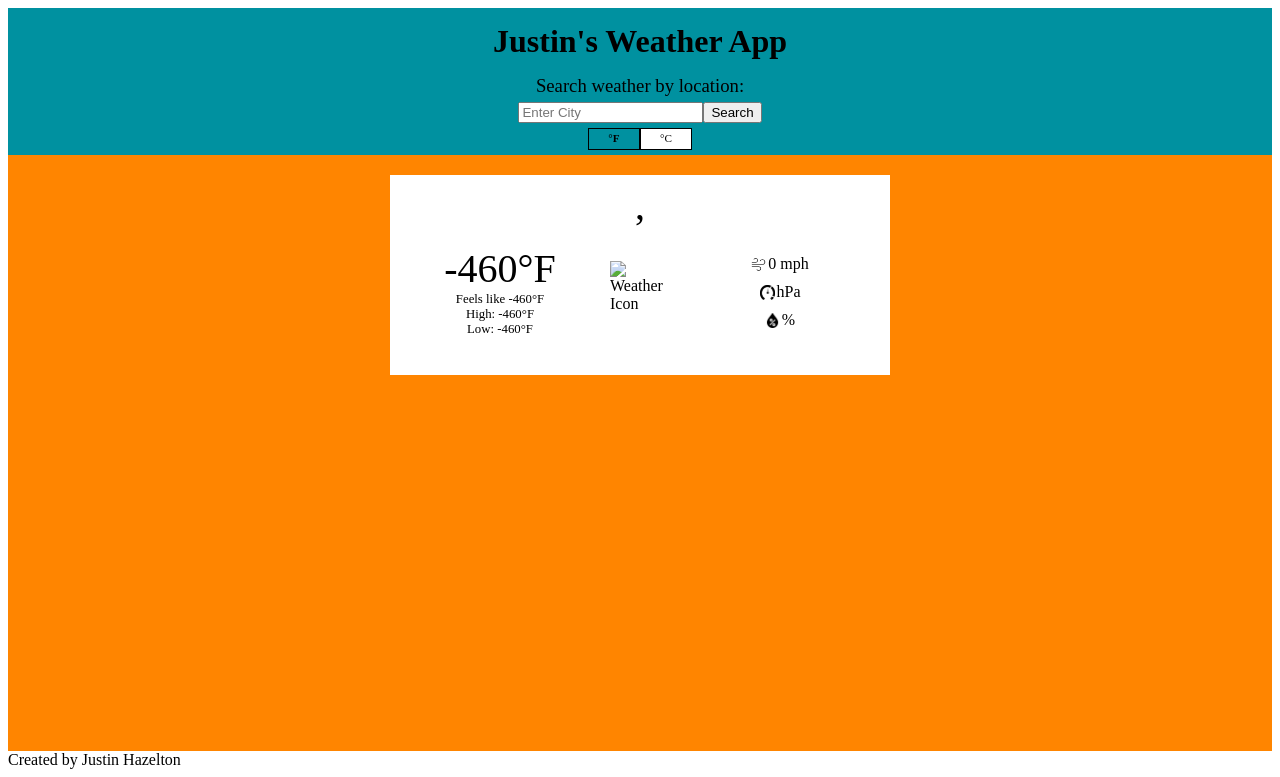
Repository: J-Haze/Weather
Page: /
These files come from the project's save history. The page is drawn as it stood at one moment and after the next save; the edit follows.
The browser window is 1280 px wide. The pictures show the whole page.
The project was rebuilt for these pictures with package versions that can differ from the ones it lists, and the page was loaded fresh each time. Also part of the build but not shown: src/index.css.

Above is the page before, as saved 2020-09-07 10:14:39.

### public/index.html
<!DOCTYPE html>
<html lang="en">
  <head>
    <meta charset="utf-8" />
    <link rel="icon" href="%PUBLIC_URL%/favicon.ico" />
    <meta name="viewport" content="width=device-width, initial-scale=1" />
    <meta name="theme-color" content="#000000" />
    <meta
      name="description"
      content="Web site created using create-react-app"
    />
    <link rel="apple-touch-icon" href="%PUBLIC_URL%/logo192.png" />
    <!--
      manifest.json provides metadata used when your web app is installed on a
      user's mobile device or desktop. See https://developers.google.com/web/fundamentals/web-app-manifest/
    -->
    <link rel="manifest" href="%PUBLIC_URL%/manifest.json" />
    <!--
      Notice the use of %PUBLIC_URL% in the tags above.
      It will be replaced with the URL of the `public` folder during the build.
      Only files inside the `public` folder can be referenced from the HTML.

      Unlike "/favicon.ico" or "favicon.ico", "%PUBLIC_URL%/favicon.ico" will
      work correctly both with client-side routing and a non-root public URL.
      Learn how to configure a non-root public URL by running `npm run build`.
    -->
    <title>Weather App ⛅</title>
  </head>
  <body>
    <noscript>You need to enable JavaScript to run this app.</noscript>
    <div id="root"></div>
    <!--
      This HTML file is a template.
      If you open it directly in the browser, you will see an empty page.

      You can add webfonts, meta tags, or analytics to this file.
      The build step will place the bundled scripts into the <body> tag.

      To begin the development, run `npm start` or `yarn start`.
      To create a production bundle, use `npm run build` or `yarn build`.
    -->
  </body>
</html>

### src/App.js
import React from "react";
import "./App.css";
import Weather from "./components/Weather"


// import Results from "./components/Results"

function App() {
  return (
    <div className="App" >
      <Weather />
    </div >
  )

}

export default App;

### src/App.css
:root{
    --light-blue: rgb(0,145,160);
    --orange: rgb(255, 133, 0);
    --dark-blue: rgb(0, 39, 96);
}

/* div {
    border: solid black 1px;
} */

/* #root{
        width: 100%;
        height: 100%;
        bottom: 0px;
}

#app{
        width: 100%;
        height: 100%;
        bottom: 0px;
} */

header{
    background-color: var(--light-blue);
    display: flex;
    flex-direction: column;
    margin-left: auto;
    margin-right: auto;
    justify-content: center;
}

#title{
    display: flex;
    margin-left: auto;
    margin-right: auto;
    justify-content: center;
    /* align-items: center; */
    font-size: 2em;
    margin-top: 15px;
    margin-bottom: 15px;
    font-weight: bold;

    border: none;
}

#subtitle{
    display: flex;
    justify-content: center;
     align-items: center;
     margin-top: none;
     margin-bottom: 5px;;
    font-size: 1.17em;

    border: none;
}

#form{
    display: flex;
    margin-bottom: 5px;
}

#search-box{
    display: flex;
        margin-left: auto;
    justify-content: center;
     align-items: center;

}

#search-button{
    margin-right: auto;

      position: relative;
  /* width: 30px; */
  /* height: 30px;
  line-height: 30px; */
  color: black;
  /* flex-shrink: 0; */
  cursor: pointer;
}

.toggle{
    display: flex;
    justify-content: center;
     align-items: center;
     margin-bottom: 5px;
}

.toggleBtn{
    display: flex;
    width:50px;
    height: 20px;
    margin: 0px;
    font-size: .7em;
    justify-content: center;
    align-items: center;
    line-height: 100%;
    border: solid black 1px;
    background-color: white;
}

.selected{
    background-color: var(--light-blue);
    /* border: 1.5px solid black; */
    font-weight: bold;
}

.toggleBtn:hover{
    cursor: pointer;
}


#results-section{
    background-color: var(--orange);
    width: 100%;
    margin-top: 0px;
    height: 100%;
    min-height: 80vh;
    padding-top: 20px;
}



.results-card{
    background-color: white;
    width: 500px;
    height: 200px;
    margin-bottom: 20px;
    margin-left: auto;
    margin-right: auto;
}

.location{
    display: flex;
    margin-left: auto;
    margin-right: auto;
    justify-content: center;
     align-items: center;
     height: 60px;
     font-size: 2.5em;
}

.row{
    display: flex;
    margin-top: 10px;
}

.temp-container{
    margin-left: auto;
    width: 100px;
}

.weather-container{
    display: flex;
    flex-direction: column;
    margin-left: 40px;
    margin-right: 40px;
    width: 100px;
}

.other-container{
    margin-right: auto;
    width: 100px;
}

.temp-main{
    display: flex;
    font-size: 2.5em;
    justify-content: center;
    align-items: center;
}

.temp{
        display: flex;
    font-size: .8em;
    justify-content: center;
    align-items: center;
}

.mid{
    display: flex;
    justify-content: center;
    align-items: center;
}

.weather{
    margin-top: 0px;
    margin-bottom: auto;
    font-weight: bold;
    font-size: 1.2em;
}

.icon{
    height: 60px;
    width: 60px;
    margin-top: auto;
    margin-bottom: auto;
}

.description{
    margin-top: auto;
    margin-bottom: 0px;
}

.windy{
    height: 15px;
    width: 15px;
    margin-right: 2px;
}

.other{
    display: flex;
    justify-content: center;
    align-items: center;
    margin-top: 10px;
    margin-bottom: auto;
}

### src/components/Weather.js
import React from 'react';
// import getWeather from "./getWeather";
import { useState, useEffect } from 'react';
import "../App.css";
// import { getIconClass, makeDate } from '../Helpers';
import '../../node_modules/font-awesome/css/font-awesome.min.css';


//Weather Icons
import sun from '../assets/icons/01n.png';
import cloud from '../assets/icons/02n.png';
import scatteredCloud from '../assets/icons/03n.png';
import brokenCloud from '../assets/icons/04n.png';
import rain from '../assets/icons/09n.png';
import heavyRain from '../assets/icons/10n.png';
import thunderstorm from '../assets/icons/11n.png';
import snow from '../assets/icons/13n.png';
import mist from '../assets/icons/50n.png';
import windy from '../assets/icons/wind.png';
import pressIcon from '../assets/icons/pressure.png';
import humidIcon from '../assets/icons/humidity.png';


const Weather = () => {

    let [error, setError] = useState(false);
    let [loading, setLoading] = useState(false);
    let [errorMessage, setErrorMessage] = useState("");

    let [location, setLocation] = useState("");
    const [data, setData] = useState(null);
    const [url, setUrl] = useState("")

    const [city, setCity] = useState("");
    const [country, setCountry] = useState("");
    const [weather, setWeather] = useState("");
    const [description, setDescription] = useState("");
    const [icon, setIcon] = useState("");
    const [pressure, setPressure] = useState("");
    const [humidity, setHumidity] = useState("");
    const [wind, setWind] = useState("");

    const [temp, setTemp] = useState("");
    const [max, setMax] = useState("");
    const [min, setMin] = useState("");
    const [feel, setFeel] = useState("");

    const [unit, setUnit] = useState("imperial")

    // const [searched, setSearched] = useState("false")

    //to keep API hidden:
    //const API_KEY = process.env.REACT_APP_API_KEY;
    const API_KEY = process.env.REACT_APP_API_KEY;
    let urlInput = "";

    const handleChange = (event) => {
        event.preventDefault();
        setLocation(event.target.value);
        console.log("event.target.value:", event.target.value)
    };

    const handleSubmit = (event) => {
        event.preventDefault();
        urlInput = `https://api.openweathermap.org/data/2.5/weather?q=${location}&units=&appid=${API_KEY}`
        setUrl(urlInput)
    };

    const handleF = (event) => {
        event.preventDefault();
        if (unit === "metric") {
            console.log("F clicked")
            setUnit("imperial")
            console.log(unit)
        }

    }

    const handleC = (event) => {
        event.preventDefault();
        if (unit === "imperial") {
            console.log("C clicked")
            setUnit("metric")
            console.log(unit)
        }

    }

    useEffect(() => {
        if (!url) return;
        console.log("url8:", url)
        const fetchWeather = async () => {
            setLoading(true);
            setError(false);
            try {
                const response = await fetch(url);
                const data = await response.json();
                console.log()
                if (data.cod !== 200) throw new Error(`${data.cod}: ${data.message}`);
                setData(data);
                setCity(data.name);
                setCountry(data.sys.country)
                setWeather(data.weather[0].main);
                setDescription(data.weather[0].description);
                setIcon(data.weather[0].icon)
                setPressure(data.main.pressure);
                setHumidity(data.main.humidity);
                setWind(data.wind.speed);
                setTemp(data.main.temp);
                setMax(data.main['temp_max']);
                setMin(data.main['temp_min']);
                setFeel(data.main['feels_like']);
            } catch (error) {
                setError(true);
                setErrorMessage(error.message);
                console.log(error);
            }
        };
        setLoading(false);
        fetchWeather();
    },
        [url]
    );

    const weatherIcons = {
        '01n': sun,
        '02n': cloud,
        '03n': scatteredCloud,
        '04n': brokenCloud,
        '09n': rain,
        '10n': heavyRain,
        '11n': thunderstorm,
        '13n': snow,
        '50n': mist,
        '200': windy,
        '300': pressIcon,
        '400': humidIcon,
        '01d': sun,
        '02d': cloud,
        '03d': scatteredCloud,
        '04d': brokenCloud,
        '09d': rain,
        '10d': heavyRain,
        '11d': thunderstorm,
        '13d': snow,
        '50d': mist,
    };

    // console.log(Math.round(295.28))

    function toCelsius(kelvin) {
        return Math.round((kelvin - 273.15));
    }

    function toFahrenheit(kelvin) {
        return Math.round(((kelvin * 9 / 5) - 459.67));
    }

    function toMPH(mps) {
        return Math.round((mps * 2.236936));
    }


    console.log(error, loading, errorMessage, data)

    return (
        <div id="app">
            <header id="header">
                <div id="title" >Justin's Weather App</div>
                <div id="subtitle"> Search weather by location:</div>
                <form onSubmit={handleSubmit} id="form">
                    <input
                        type="text"
                        name="location"
                        placeholder="Enter City"
                        maxLength="50"
                        value={location || ""}
                        onChange={handleChange}
                        id="search-box"
                    />
                    <button type="submit" id="search-button">
                        <i className="fas fa-search-location"></i>
                        Search
                    </button>
                </form>
                <div className="toggle">
                    <div className={(unit === "imperial") ? "toggleBtn imperial selected" : "toggleBtn imperial"} onClick={handleF}>&#176;F</div>
                    <div className={(unit === "metric") ? "toggleBtn metric selected" : "toggleBtn metric"} onClick={handleC}>&#176;C</div>
                </div>
            </header>
            <div id="results-section">
                <div className="results-card">
                    <div className="location">
                        {`${city}, ${country}`}
                    </div>

                    <div className="row">
                        <div className="temp-container">
                            <div className="temp-main">{unit === "imperial" ? toFahrenheit(temp) : toCelsius(temp)}&#176;{unit === "imperial" ? 'F' : 'C'}</div>
                            <div className="feel temp">Feels like {unit === "imperial" ? toFahrenheit(feel) : toCelsius(feel)}&#176;{unit === "imperial" ? 'F' : 'C'}</div>
                            <div className="max temp">High: {unit === "imperial" ? toFahrenheit(max) : toCelsius(max)}&#176;{unit === "imperial" ? 'F' : 'C'}</div>
                            <div className="min temp">Low: {unit === "imperial" ? toFahrenheit(min) : toCelsius(min)}&#176;{unit === "imperial" ? 'F' : 'C'}</div>

                        </div>

                        <div className="weather-container">
                            <div className="weather mid">{weather} </div>
                            <div className="mid"><img src={weatherIcons[icon]} className="icon" alt="Weather Icon" /></div>
                            <div className="description mid">{description}</div>
                        </div>

                        <div className="other-container">
                            <div className="wind other"><img src={weatherIcons['200']} className="windy" alt="Wind Icon" />{unit === "imperial" ? toMPH(wind) : wind} {unit === "imperial" ? 'mph' : 'm/s'}</div>
                            <div className="pressure other">
                                <img src={weatherIcons['300']} className="windy" alt="Wind Icon" /> {`${pressure} hPa`}
                            </div>
                            <div className="humidity other">
                                <img src={weatherIcons['400']} className="windy" alt="Wind Icon" /> {humidity} %</div>
                        </div>
                    </div>
                </div>
            </div>
            <footer>
                Created by Justin Hazelton
            </footer>
        </div>
    )

}

export default Weather

Loaded but not shown: src/index.js (common file); src/serviceWorker.js (common file)

After the next save:
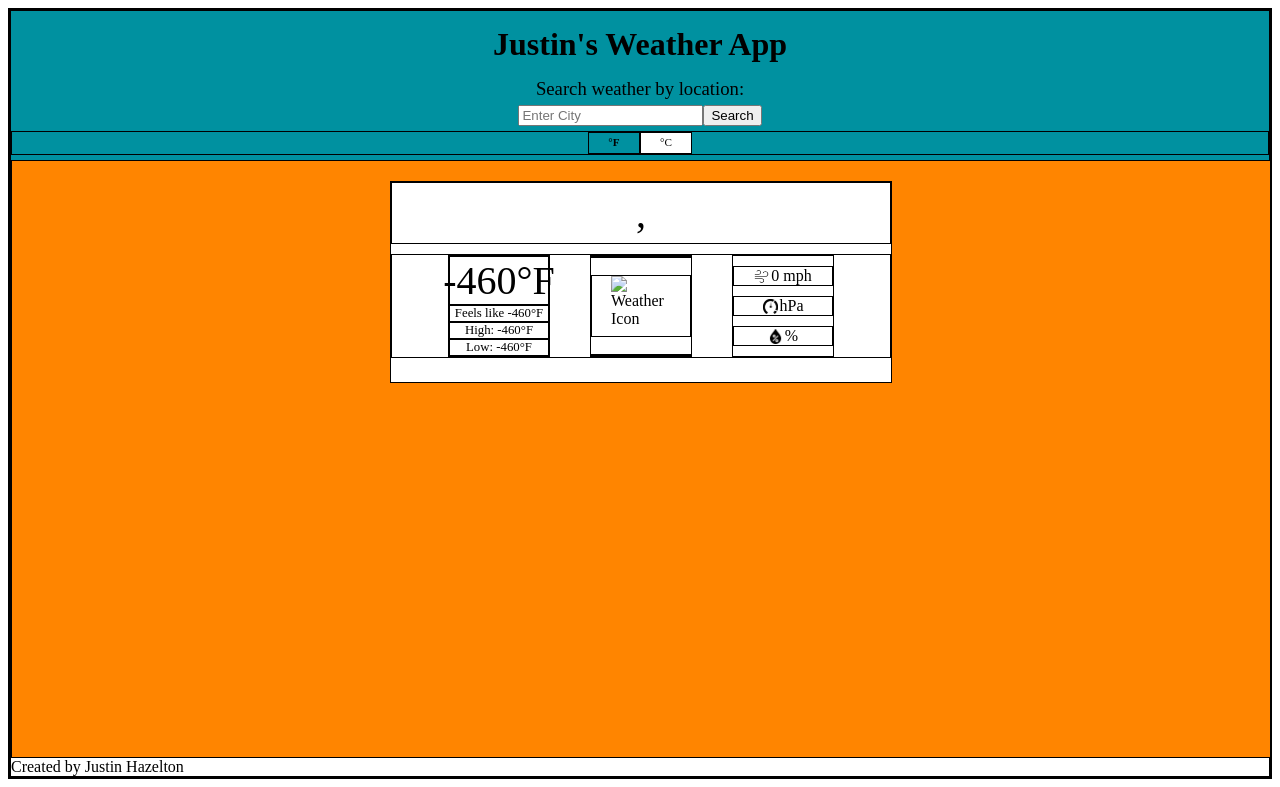
Saved 3 min 42 s later.
--- a/src/App.css
+++ b/src/App.css
@@ -4,9 +4,9 @@
     --dark-blue: rgb(0, 39, 96);
 }
 
-/* div {
+div {
     border: solid black 1px;
-} */
+}
 
 /* #root{
         width: 100%;
@@ -200,6 +200,7 @@
 .description{
     margin-top: auto;
     margin-bottom: 0px;
+    text-align: center;
 }
 
 .windy{

After the save that followed:
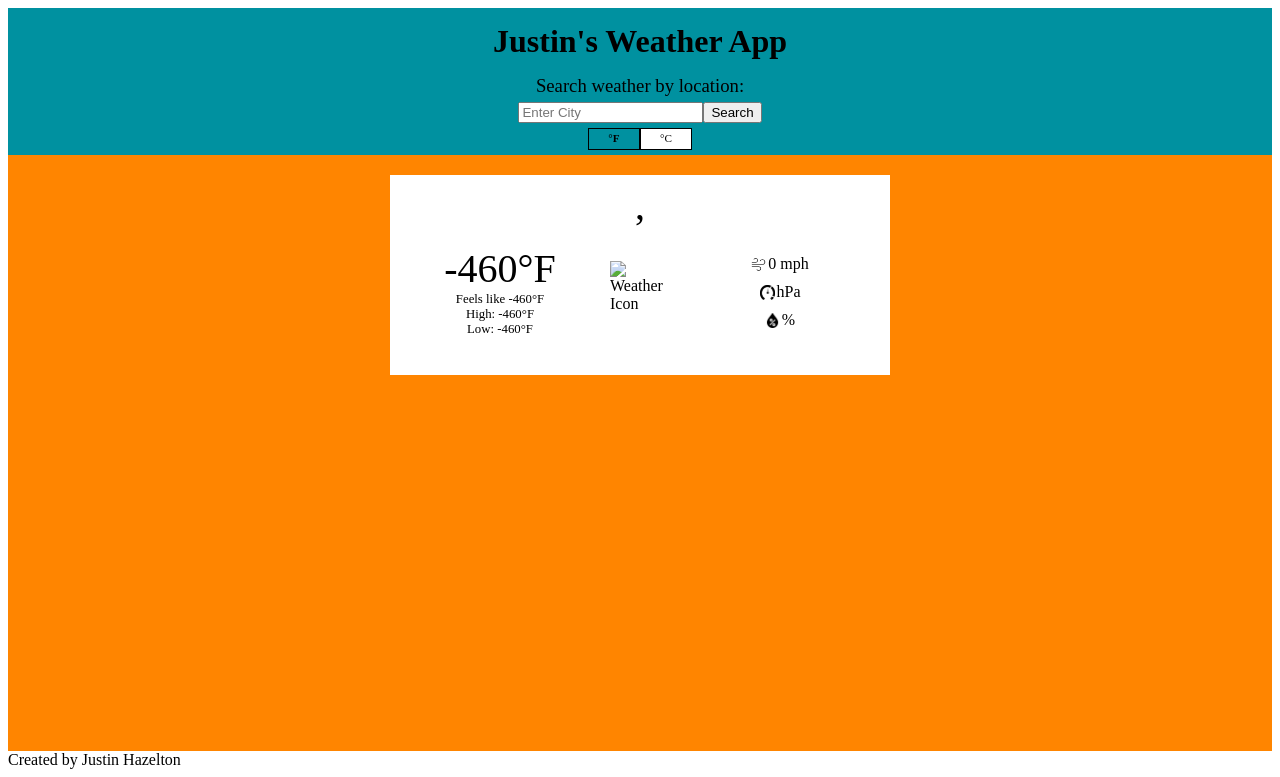
Saved 10 min 19 s later.
--- a/src/App.css
+++ b/src/App.css
@@ -4,9 +4,9 @@
     --dark-blue: rgb(0, 39, 96);
 }
 
-div {
+/* div {
     border: solid black 1px;
-}
+} */
 
 /* #root{
         width: 100%;
@@ -201,6 +201,7 @@
     margin-top: auto;
     margin-bottom: 0px;
     text-align: center;
+    font-size: .8em;
 }
 
 .windy{
